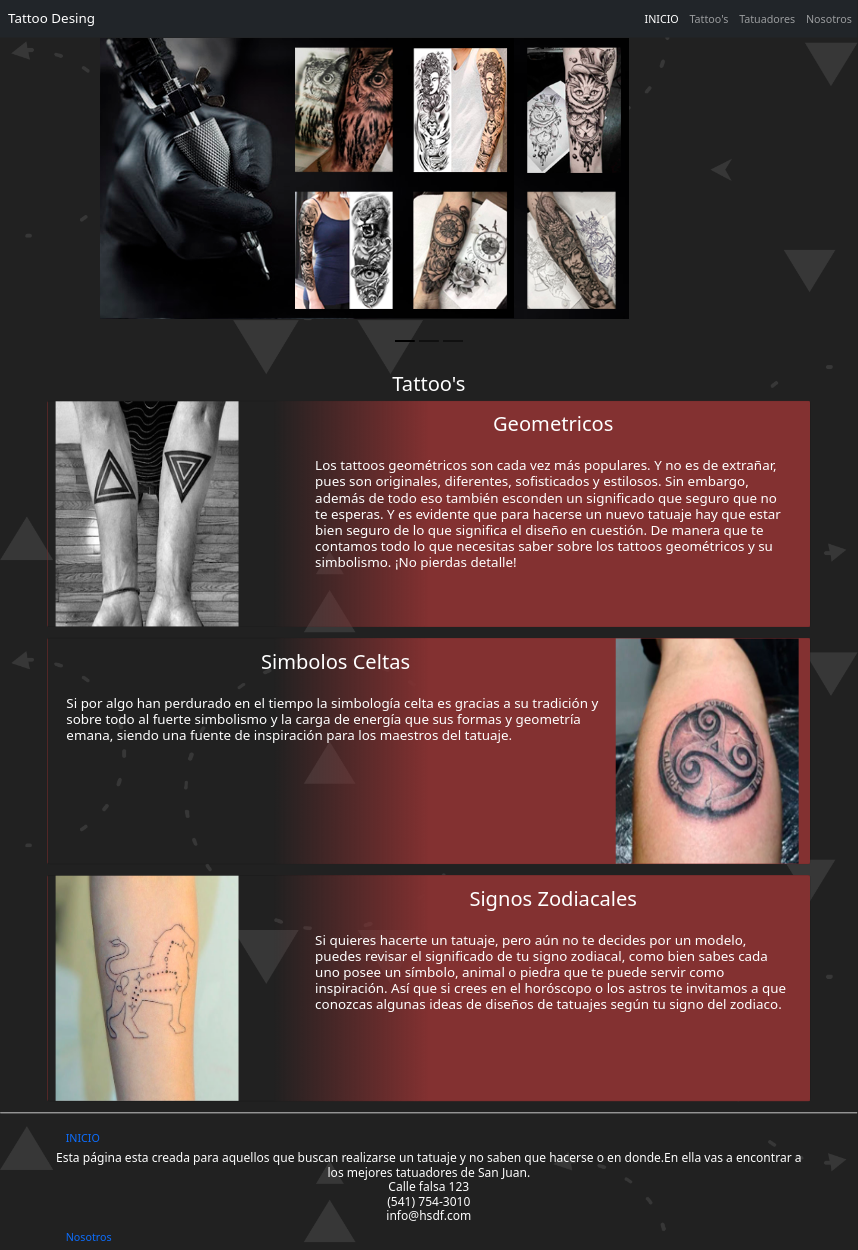
Repository: Vladimir-22/TatooDesign
Page: index.html
These files come from the project's save history. The page is drawn as it stood at one moment and after the next save; the edit follows.
The browser window is 1280 px wide. The pictures show the whole page, at 67% of full size.
Some web libraries are served in a nearby version.

Above is the page before, as saved 2021-05-19 21:43:37.

After the next save:
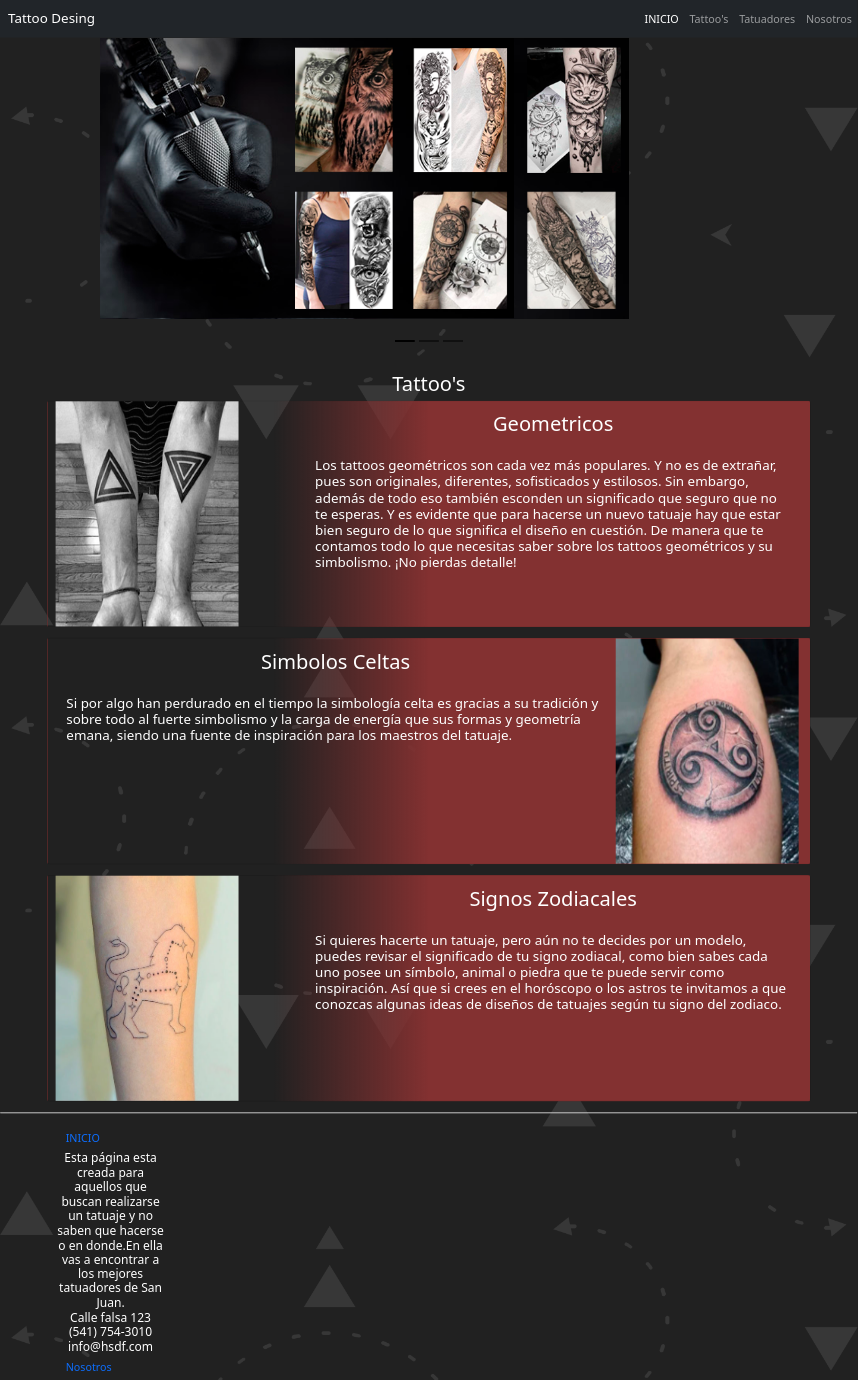
Saved 10 s later.
--- a/index.html
+++ b/index.html
@@ -275,7 +275,7 @@
                 </div>
             </div>
             <div class="row">
-                <div class="col-md-12">
+                <div class="col-md-2">
                     <h3 id="descrip-gral" class="card-text">
                         Esta página esta creada para aquellos que buscan realizarse un
                         tatuaje y no saben que hacerse o en donde.En ella vas a
